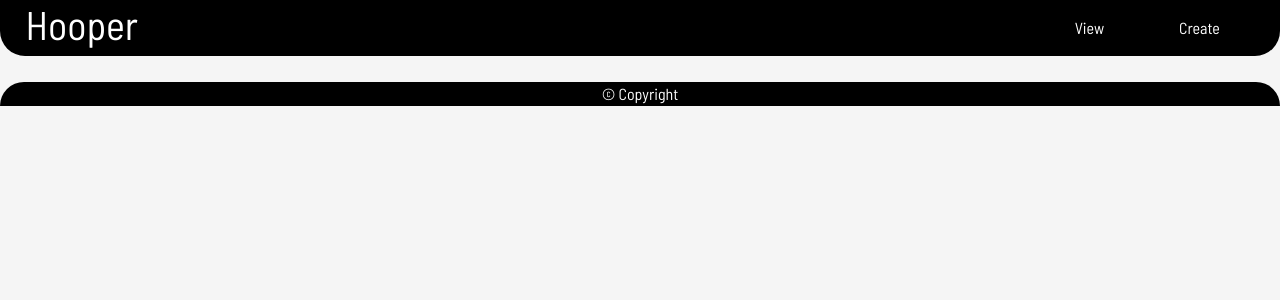
Repository: vlasarte/Hooper
Page: index.html
These files come from the project's save history. The page is drawn as it stood at one moment and after the next save; the edit follows.
The browser window is 1280 px wide. The pictures show the whole page.

Above is the page before, as saved 2020-02-24 17:22:19.

After the next save:
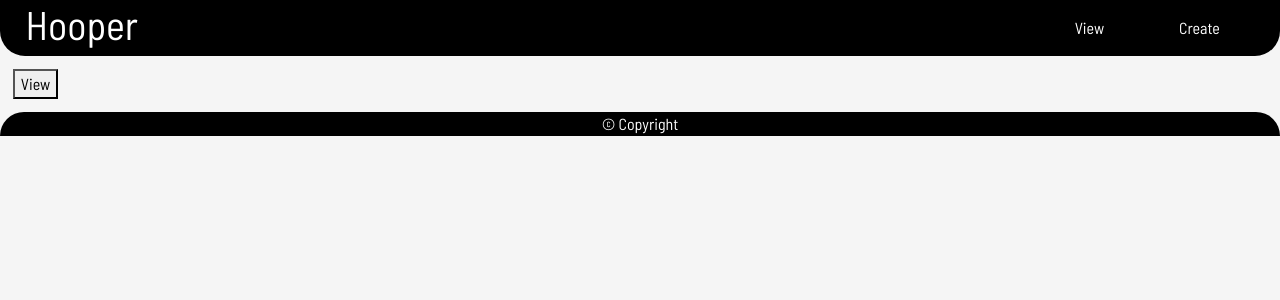
Saved 3 min 25 s later.
--- a/index.html
+++ b/index.html
@@ -37,6 +37,7 @@
 
         <div class="body-container">
 
+            <button>View</button>
 
 
         </div>
